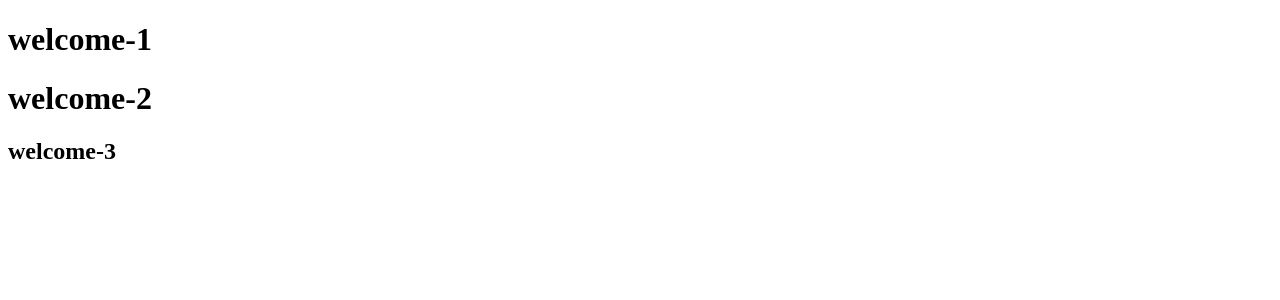
Repository: Karthi-Mano/AdvanceJavaPrograms
Page: BasicHtmlCss/WebContent/index.html
An editor plug-in stored every save of this project. The page is shown before and after the next save, followed by the edit.
The browser window is 1280 px wide. The pictures show the whole page.

Above is the page before, as saved 2018-09-11 06:13:57.

After the next save:
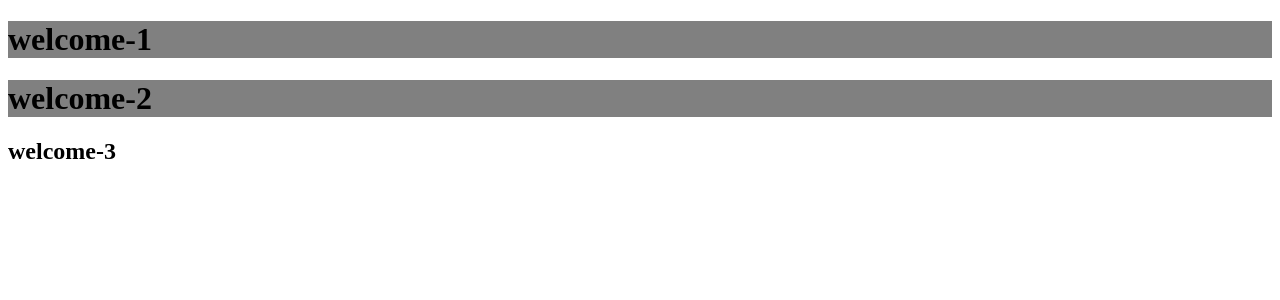
Saved 8 s later.
--- a/BasicHtmlCss/WebContent/index.html
+++ b/BasicHtmlCss/WebContent/index.html
@@ -6,6 +6,7 @@
 <style type="text/css">
 h1
 {
+  background-color: gray;
 }
 </style>
 </head>
